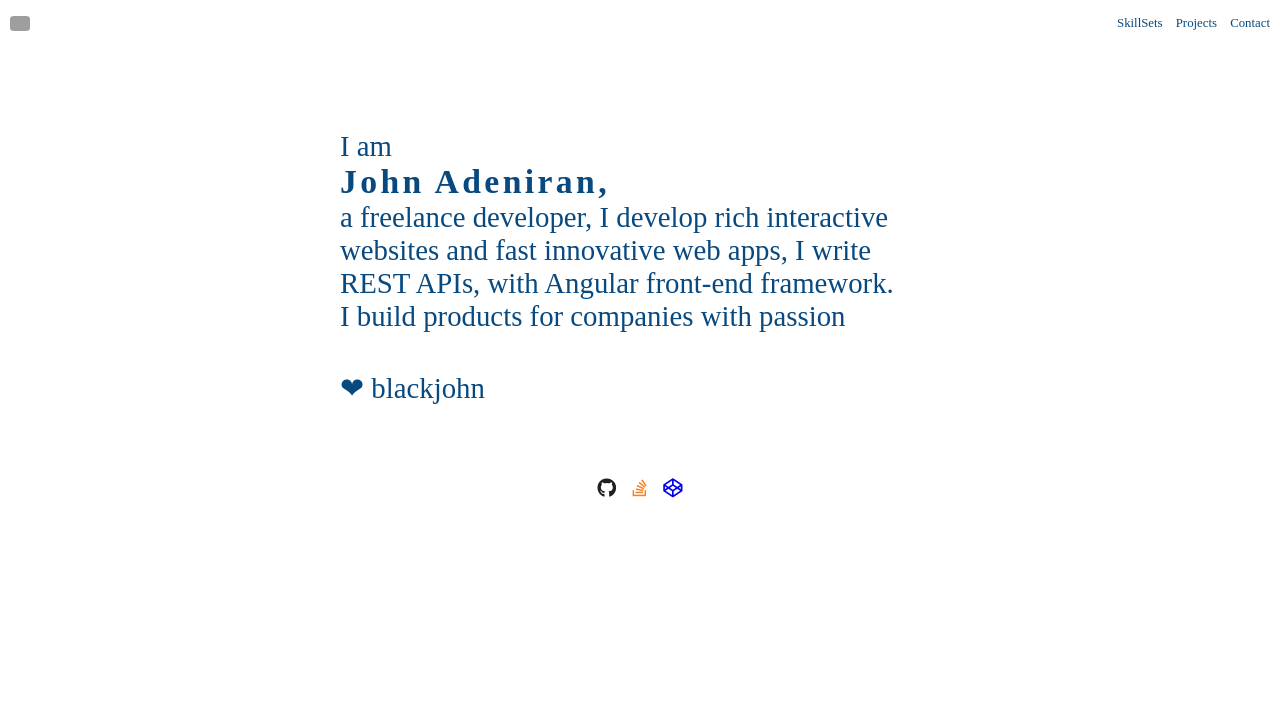
Repository: adeniranjohn/adeniranjohn.github.io
Page: index.html
These files come from the project's save history. The page is drawn as it stood at one moment and after a run of saves; the edit follows.
The browser window is 1280 px wide. The pictures show the whole page.
Pictures or frames that could not be fetched are drawn as grey boxes. Some web libraries are served in a nearby version.

Above is the page before, as saved 2021-04-04 13:58:28.

After the next 5 saves:
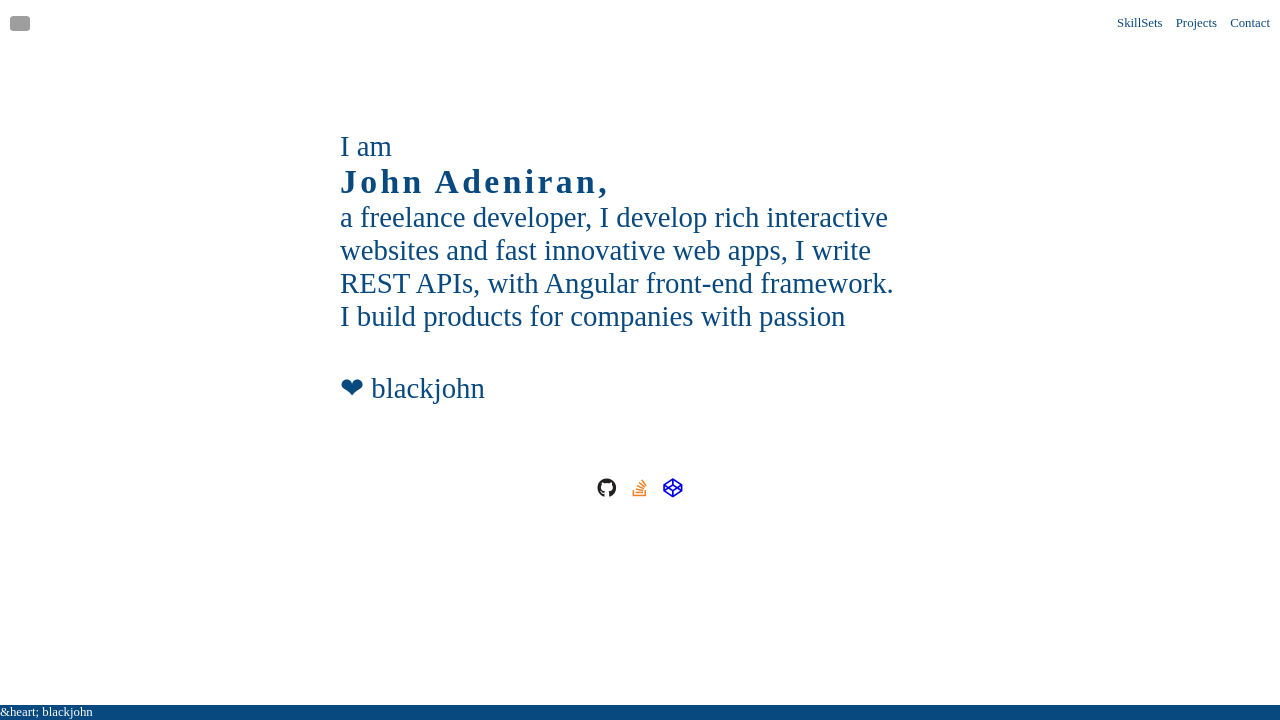
The 5 saves are shown as one change because they came seconds apart.
The last was saved 14 s later.
--- a/index.html
+++ b/index.html
@@ -152,7 +152,7 @@
  </footer>-->
 
  <footer>
-
+ &heart; blackjohn
  </footer>
 <script src="main.js" async defer></script>
 
